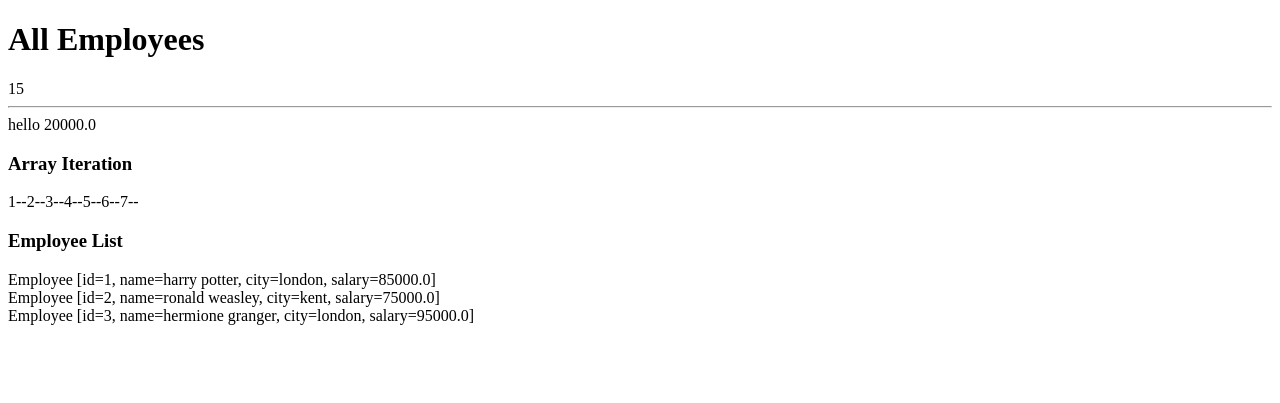
Repository: imtiyaz-hirani/cg-jan-23
Page: http://localhost/MySpringApp/employees
The author's editor kept a copy of each file at every save. The page is drawn from the files as they stood at one save, then again after the next save.
The browser window is 1280 px wide. The pictures show the whole page.
The page is served by Tomcat 9.

Above is the page before, as saved 2023-01-12 09:21:25.

After the next save:
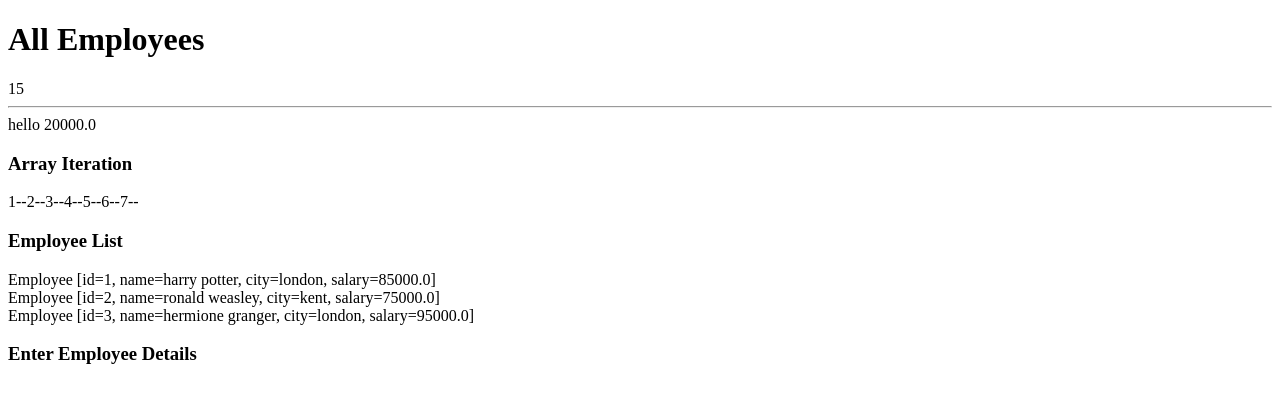
Saved 68 s later.
--- a/MySpringApp/WebContent/WEB-INF/jsps/employees.jsp
+++ b/MySpringApp/WebContent/WEB-INF/jsps/employees.jsp
@@ -42,6 +42,9 @@ int y=10;
  		out.print(e + "<BR>");
  	}
  %>
+
+ <h3>Enter Employee Details</h3>
+
 </body>
 </html>
 
